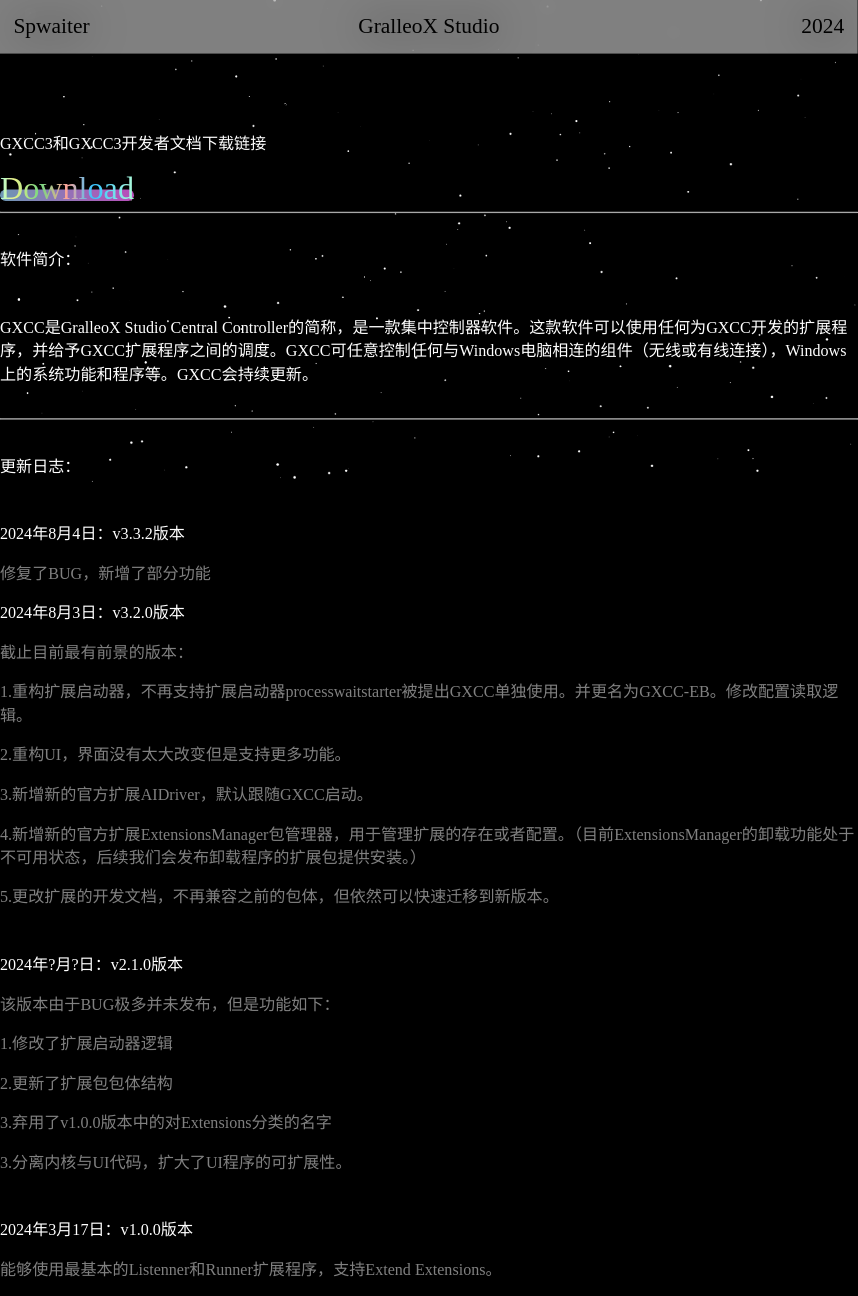
Repository: Lisu-Liso/page
Page: GXCC/index.html
These files come from the project's save history. The page is drawn as it stood at one moment and after the next save; the edit follows.
The browser window is 1280 px wide. The pictures show the whole page, at 67% of full size.

Above is the page before, as saved 2024-08-04 13:38:54.

### GXCC/index.html
<!DOCTYPE html>
<html lang="zh">
    <head>
        <meta http-equiv="Content-Type" content="text/html;charset=utf-8">
        <title>GXCC - GralleoX Studio</title>
        <link rel="stylesheet" type="text/css" href="./header.css">
        <link rel="stylesheet" type="text/css" href="./orientation.css">
        <link rel="shortcut icon" href="./GralleoX logo v2 web.ico">
        <style>
            body{
                overflow        : scroll;
                background-color: black;
                top             : 0;
                bottom          : 0;
                left            : 0;
                right           : 0;
                margin-top      : 100px;
                margin-bottom   : 0;
                margin-left     : 0;
                margin-right    : 0;
                user-select     : none;
            }
            ::-webkit-scrollbar{display: none;}
            .getin_screen{
                position        : fixed;
                top             : 0;
                bottom          : 0;
                left            : 0;
                right           : 0;
                background-color: rgba(0,0,0,0);
                color           : rgba(0,0,0,0);
                animation       : getinanimation 4s ease-in-out;
                text-align      : center;
                display         : table-cell;
            }
            @keyframes getinanimation{
                0% {
                    background-color       : rgba(255,255,255,1);
                    color                  : black;
                    backdrop-filter        : blur(15px);
                    -webkit-backdrop-filter: blur(15px);
                }
                40% {
                    background-color       : rgba(255,255,255,0.5);
                    color                  : black;
                    backdrop-filter        : blur(15px);
                    -webkit-backdrop-filter: blur(15px);
                }
                70% {
                    background-color       : rgba(255,255,255,0.5);
                    color                  : black;
                    backdrop-filter        : blur(15px);
                    -webkit-backdrop-filter: blur(15px);
                }
                100% {
                    background-color       : rgba(0,0,0,0);
                    color                  : rgba(0,0,0,0);
                    backdrop-filter        : blur(0px);
                    -webkit-backdrop-filter: blur(0px);
                }
            }
            .download_block{
                position               : fixed;
                top                    : 100px;
                left                   : 100px;
                right                  : 100px;
                bottom                 : 100px;
                margin-top             : 10px;
                margin-left            : 10px;
                margin-right           : 10px;
                margin-bottom          : 10px;
                background-color       : rgba(255,255,255,0.5);
                backdrop-filter        : blur(15px);
                -webkit-backdrop-filter: blur(15px);
                border-radius          : 100px;
                box-shadow             : 0 20px 50px rgba(0,0,0,0.2);
            }
            @keyframes blockout{
                0% {
                    background-color       : rgba(255,255,255,0);
                    backdrop-filter        : blur(0px);
                    -webkit-backdrop-filter: blur(0px);
                    box-shadow             : 0 20px 50px rgba(0,0,0,0);
                    opacity                : 0;
                }
                100% {
                    background-color       : rgba(255,255,255,0.5);
                    backdrop-filter        : blur(15px);
                    -webkit-backdrop-filter: blur(15px);
                    box-shadow             : 0 20px 50px rgba(0,0,0,0.2);
                    opacity                : 1;
                }
            }
            @keyframes blockquite{
                0% {
                    background-color       : rgba(255,255,255,0.5);
                    backdrop-filter        : blur(15px);
                    -webkit-backdrop-filter: blur(15px);
                    box-shadow             : 0 20px 50px rgba(0,0,0,0.2);
                    opacity                : 1;
                }
                100% {
                    background-color       : rgba(255,255,255,0);
                    backdrop-filter        : blur(0px);
                    -webkit-backdrop-filter: blur(0px);
                    box-shadow             : 0 20px 50px rgba(0,0,0,0);
                    opacity                : 0;
                }
            }
            .header-float{
                position: fixed;
                top     : 0;
                left    : 0;
                right   : 0;
                width   : 100%;
            }
            .black_board{
                position               : fixed;
                top                    : 80px;
                left                   : 0;
                right                  : 0;
                bottom                 : 0;
                margin-top             : 0;
                margin-left            : 0;
                margin-right           : 0;
                margin-bottom          : 0;
                backdrop-filter        : blur(15px);
                -webkit-backdrop-filter: blur(15px);
                background-color       : rgba(0,0,0,0.3);
            }
            @keyframes boardout{
                0% {
                    backdrop-filter        : blur(0px);
                    -webkit-backdrop-filter: blur(0px);
                    background-color       : rgba(0,0,0,0);
                }
                100% {
                    backdrop-filter        : blur(15px);
                    -webkit-backdrop-filter: blur(15px);
                    background-color       : rgba(0,0,0,0.3);
                }
            }
            @keyframes boardquite{
                0% {
                    backdrop-filter        : blur(15px);
                    -webkit-backdrop-filter: blur(15px);
                    background-color       : rgba(0,0,0,0.3);
                }
                100% {
                    backdrop-filter        : blur(0px);
                    -webkit-backdrop-filter: blur(0px);
                    background-color       : rgba(0,0,0,0);
                }
            }
            .newbutton{
                background   : linear-gradient(75deg,rgba(145, 202, 240, 0.75),rgba(248, 102, 248, 0.75));
                border-radius: 20px;
                text-align   : center;
                cursor       : pointer;
            }
            :root {
                --rainbow-gradient: linear-gradient(-90deg,#adfbda 0,#35c3ff 30%,#fda399 50%,#76d880 70%,#ebf38b 90%,#adfbda 100%);
            }
            .article-header--title {
                background-image       : var(--rainbow-gradient,#fff);
                background-size        : 100%;
                background-repeat      : repeat;
                background-clip        : text;
                -webkit-background-clip: text;
                -webkit-text-fill-color: transparent;
                -moz-background-clip   : text;
                -moz-text-fill-color   : transparent;
                filter                 : drop-shadow(0 0 2rpx #000);
                text-shadow            : none!important;
                cursor                 : pointer;
            }
            a{
                text-decoration: none;
            }
            font{
                cursor : default;
            }
            .backgroundimage{
                position: fixed;
                top     : 0;
                left    : 0;
                right   : 0;
                width   : 100%;
                height  : 100%;
                z-index: -1;
            }
            .normaltext{
                font-size: 18pt;
                color:white;
            }
        </style>
    </head>
    <body>
        <canvas id="bgCanvas" class="backgroundimage"></canvas>
        <script>
            // 获取画布
            var canvas = document.getElementById('bgCanvas');
            var ctx = canvas.getContext('2d');

            // 设置画布尺寸与窗口大小一致
            canvas.width = window.innerWidth;
            canvas.height = window.innerHeight;

            // 创建一个数组用于存储星星的信息
            var stars = [];

            // 创建星星对象
            function Star(x, y, radius, color, speed) {
                this.x = x;
                this.y = y;
                this.radius = radius;
                this.color = color;
                this.speed = speed;
            }

            // 初始化星星
            function init() {
                for (var i = 0; i < 200; i++) {
                    var x = Math.random() * canvas.width;
                    var y = Math.random() * canvas.height;
                    var radius = Math.random() * 2;
                    var color = 'white';
                    var speed = Math.random() * 0.5;

                    stars.push(new Star(x, y, radius, color, speed));
                }
            }

            // 绘制星星
            function drawStars() {
                ctx.clearRect(0, 0, canvas.width, canvas.height);

                for (var i = 0; i < stars.length; i++) {
                    var star = stars[i];

                    ctx.beginPath();
                    ctx.arc(star.x, star.y, star.radius, 0, Math.PI * 2);
                    ctx.fillStyle = star.color;
                    ctx.fill();
                }
            }

            // 更新星星位置
            function updateStars() {
                for (var i = 0; i < stars.length; i++) {
                    var star = stars[i];

                    star.x += star.speed;

                    if (star.x > canvas.width) {
                        star.x = 0;
                    }
                }
            }

            // 动画循环
            function animate() {
                requestAnimationFrame(animate);

                drawStars();
                updateStars();
            }

            // 初始化并启动动画
            init();
            animate();
        </script>
        <div style="text-align:center;top:0;left:0;right:0;"><font size="7">这里是GXCC中文官网！</font></div>
        <p class="normaltext">GXCC3和GXCC3开发者文档下载链接</p>
        <a class="newbutton" onclick="join_us()"><font class="article-header--title" size="7">Download</font></a>
        <div class="black_board" id="bb"></div>
        <div class="download_block" id="download_block">
            <div style="text-align: center">
                <a class="newbutton" onclick="close_download_block()"><font class="article-header--title" size="7">点击关闭此框</font></a>
            </div>
            <div style="margin-left: 1cm;">
                <font size="7" color="black">这里是下载链接（最新版本）</font>
                <br>
                <font class="normaltext" color="red">如果杀毒软件报告有病毒请忽略，此软件已经经过Microsoft Defender检测，360纯属误报。</font>
                <br>
                <a class="normaltext" href="https://github.com/Lisu-Liso/GXCC/releases">Link</a>
            </div>
        </div>
        <hr/>
        <br>
        <p class="normaltext">软件简介：</p>
        <br>
        <p class="normaltext">GXCC是GralleoX Studio Central Controller的简称，是一款集中控制器软件。这款软件可以使用任何为GXCC开发的扩展程序，并给予GXCC扩展程序之间的调度。GXCC可任意控制任何与Windows电脑相连的组件（无线或有线连接），Windows上的系统功能和程序等。GXCC会持续更新。</p>
        <br>
        <hr/>
        <br>
        <p class="normaltext">更新日志：</p>
        <br>
        <p class="normaltext">2024年8月4日：v3.3.2版本</p>
        <p class="normaltext" style="color: grey;">修复了BUG，新增了部分功能</p>
        <p class="normaltext">2024年8月3日：v3.2.0版本</p>
        <p class="normaltext" style="color: grey;">截止目前最有前景的版本：</p>
        <p class="normaltext" style="color: grey;">1.重构扩展启动器，不再支持扩展启动器processwaitstarter被提出GXCC单独使用。并更名为GXCC-EB。修改配置读取逻辑。</p>
        <p class="normaltext" style="color: grey;">2.重构UI，界面没有太大改变但是支持更多功能。</p>
        <p class="normaltext" style="color: grey;">3.新增新的官方扩展AIDriver，默认跟随GXCC启动。</p>
        <p class="normaltext" style="color: grey;">4.新增新的官方扩展ExtensionsManager包管理器，用于管理扩展的存在或者配置。（目前ExtensionsManager的卸载功能处于不可用状态，后续我们会发布卸载程序的扩展包提供安装。）</p>
        <p class="normaltext" style="color: grey;">5.更改扩展的开发文档，不再兼容之前的包体，但依然可以快速迁移到新版本。</p>
        <br>
        <p class="normaltext">2024年?月?日：v2.1.0版本</p>
        <p class="normaltext" style="color: grey;">该版本由于BUG极多并未发布，但是功能如下：</p>
        <p class="normaltext" style="color: grey;">1.修改了扩展启动器逻辑</p>
        <p class="normaltext" style="color: grey;">2.更新了扩展包包体结构</p>
        <p class="normaltext" style="color: grey;">3.弃用了v1.0.0版本中的对Extensions分类的名字</p>
        <p class="normaltext" style="color: grey;">3.分离内核与UI代码，扩大了UI程序的可扩展性。</p>
        <br>
        <p class="normaltext">2024年3月17日：v1.0.0版本</p>
        <p class="normaltext" style="color: grey;">能够使用最基本的Listenner和Runner扩展程序，支持Extend Extensions。</p>
        <div class="headerblock">
            <div class="centertext"><font size="6">GralleoX Studio</font></div>
            <div class="lefttext"><font size="6">Spwaiter</font></div>
            <div class="righttext"><font size="6">2024</font></div>
        </div>
        <div class="getin_screen" id="getin">
            <font size="7" id="getintext">网站正在加载，请稍后...</font>
        </div>
    </body>
    <script type="text/javascript">
        let t = document.getElementById("download_block");
        t.style.display = "none";

        t = document.getElementById("bb");
        t.style.display = "none";
    </script>
    <script type="text/javascript">
        setTimeout(function(){
            let t = document.getElementById("getintext");
            t.innerHTML = "网站加载完毕，即将进入网站。";
            setTimeout(function(){
                let t = document.getElementById("getin");
                t.style.display = "none";
            },2000);
        },2000);
        function join_us(){
            let t = document.getElementById("download_block");
            t.style.display = "block";
            t.style.animation = "blockout 0.5s ease-in-out";

            t = document.getElementById("bb");
            t.style.display = "block";
            t.style.animation = "boardout 0.5s ease-in-out";
        }
        function close_download_block(){
            let t = document.getElementById("download_block");
            t.style.animation = "blockquite 0.5s ease-in-out";

            t = document.getElementById("bb");
            t.style.animation = "boardquite 0.5s ease-in-out";
            setTimeout(function(){
                let t = document.getElementById("download_block");
                t.style.display = "none";

                t = document.getElementById("bb");
                t.style.display = "none";
            },500);
        }
    </script>
</html>

### GXCC/header.css
.headerblock{
    position               : fixed;
    top                    : 0px;
    left                   : 0px;
    right                  : 0px;
    margin-top             : 0px;
    margin-left            : 0px;
    margin-right           : 0px;
    width                  : 100%;
    height                 : 80px;
    background-color       : rgba(255,255,255,0.5);
    backdrop-filter        : blur(10px);
    -webkit-backdrop-filter: blur(10px);
    box-shadow             : 0 20px 50px rgba(0,0,0,0.2);
    align-items            : center;
}
.centertext{
    position    : fixed;
    top         : 0;
    left        : 0;
    right       : 0;
    margin-top  : 20px;
    margin-left : 20px;
    margin-right: 20px;
    text-align  : center;
    filter      : drop-shadow(0 0 2rem #000);
    text-shadow : none!important;
    color       : black;
}
.lefttext{
    position    : fixed;
    top         : 0;
    left        : 0;
    right       : 0;
    margin-top  : 20px;
    margin-left : 20px;
    margin-right: 20px;
    text-align  : left;
    filter      : drop-shadow(0 0 2rem #000);
    text-shadow : none!important;
    color       : black;
}
.righttext{
    position    : fixed;
    top         : 0;
    left        : 0;
    right       : 0;
    margin-top  : 20px;
    margin-left : 20px;
    margin-right: 20px;
    text-align  : right;
    filter      : drop-shadow(0 0 2rem #000);
    text-shadow : none!important;
    color       : black;
}

### orientation.css
i{
    border: solid black;
    border-width: 0 3px 3px 0;
    display: inline-block;
    padding: 3px;
}
.right{
    transform: rotate(-45deg);
    -webkit-transform: rotate(-45deg);
}

.left{
    transform: rotate(135deg);
    -webkit-transform: rotate(135deg);
}

.up{
    transform: rotate(-135deg);
    -webkit-transform: rotate(-135deg);
}

.down{
    transform: rotate(45deg);
    -webkit-transform: rotate(45deg);
}

After the next save:
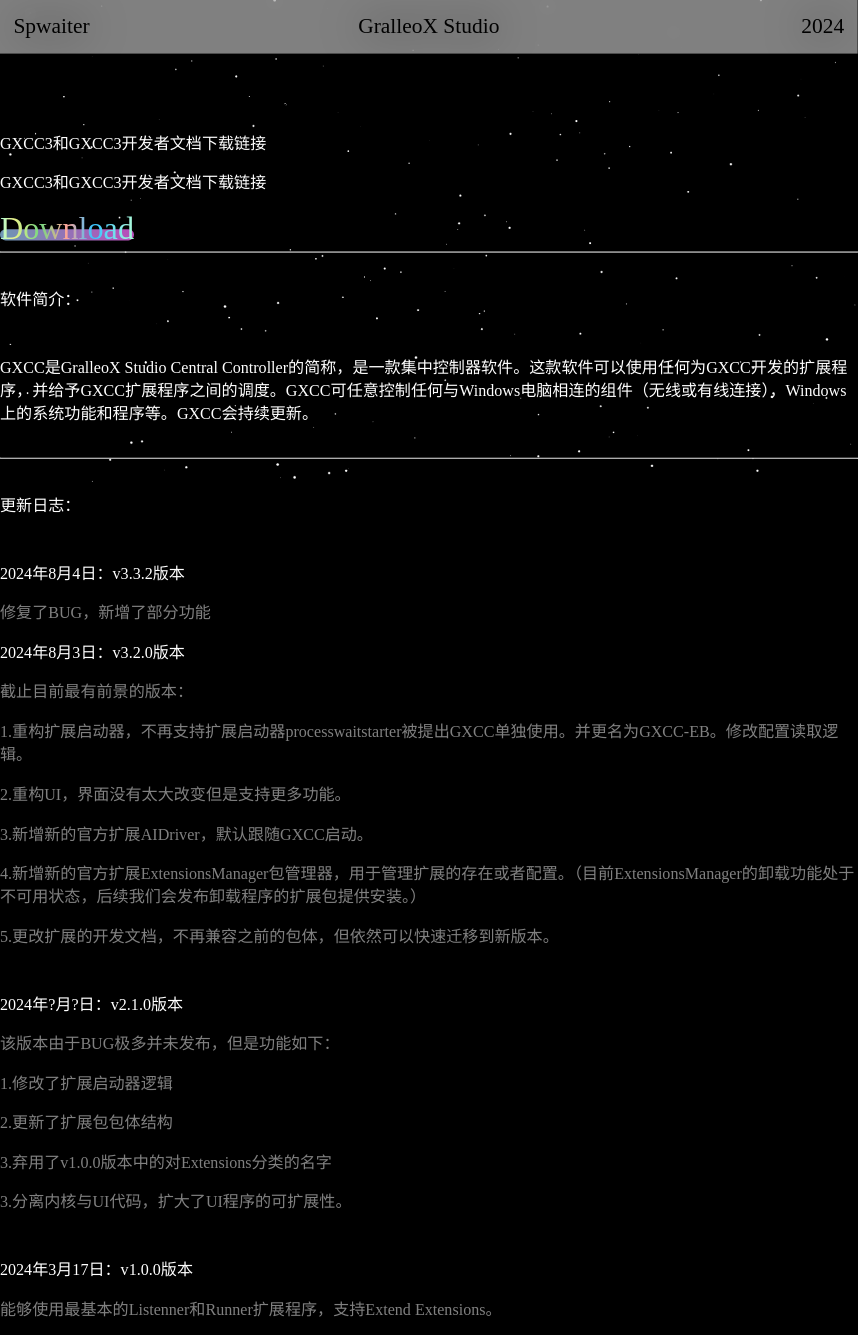
Saved 4 min 13 s later.
--- a/GXCC/index.html
+++ b/GXCC/index.html
@@ -272,6 +272,7 @@
         </script>
         <div style="text-align:center;top:0;left:0;right:0;"><font size="7">这里是GXCC中文官网！</font></div>
         <p class="normaltext">GXCC3和GXCC3开发者文档下载链接</p>
+        <p class="normaltext">GXCC3和GXCC3开发者文档下载链接</p>
         <a class="newbutton" onclick="join_us()"><font class="article-header--title" size="7">Download</font></a>
         <div class="black_board" id="bb"></div>
         <div class="download_block" id="download_block">

After the save that followed:
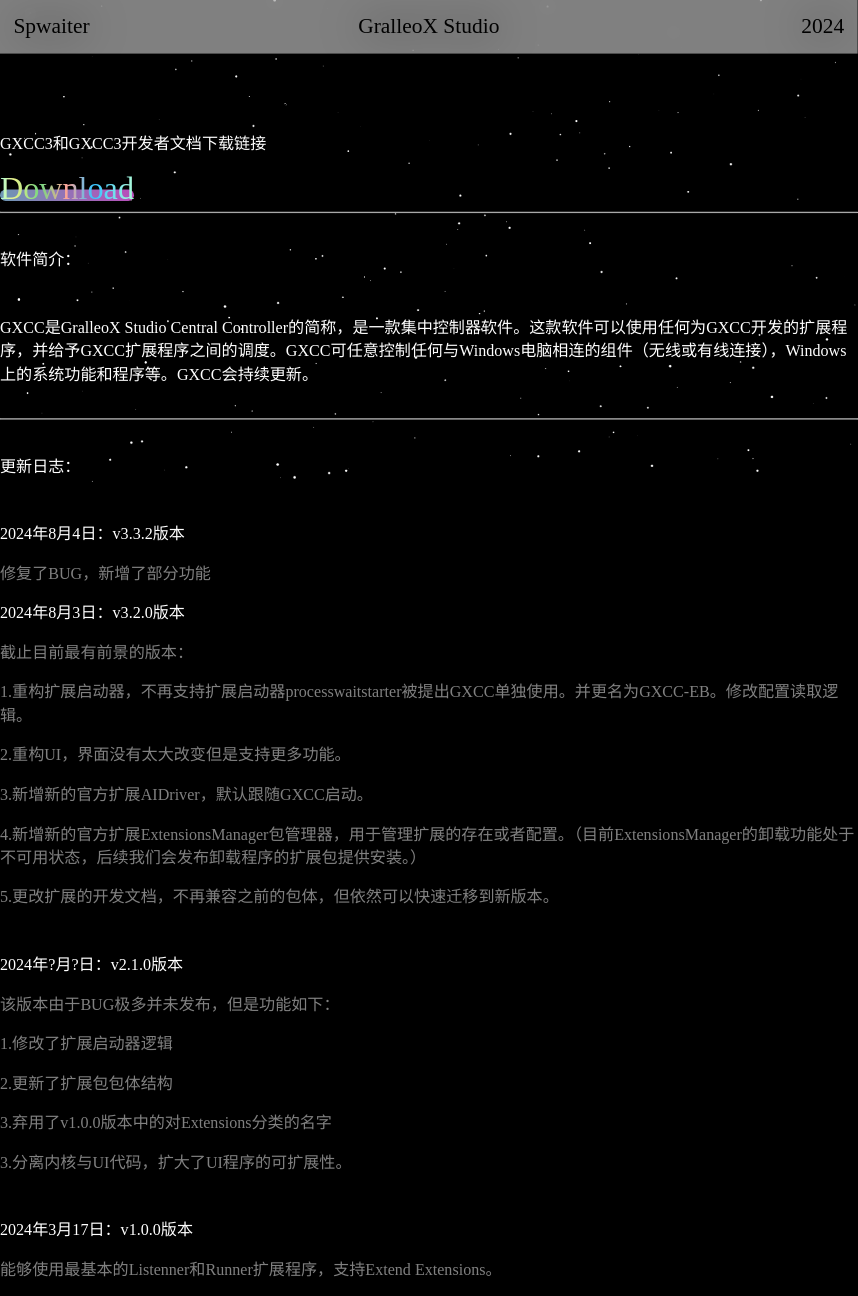
Saved 5 s later.
--- a/GXCC/index.html
+++ b/GXCC/index.html
@@ -271,7 +271,7 @@
             animate();
         </script>
         <div style="text-align:center;top:0;left:0;right:0;"><font size="7">这里是GXCC中文官网！</font></div>
-        <p class="normaltext">GXCC3和GXCC3开发者文档下载链接</p>
+        <p class="normaltext"></p>
         <p class="normaltext">GXCC3和GXCC3开发者文档下载链接</p>
         <a class="newbutton" onclick="join_us()"><font class="article-header--title" size="7">Download</font></a>
         <div class="black_board" id="bb"></div>
